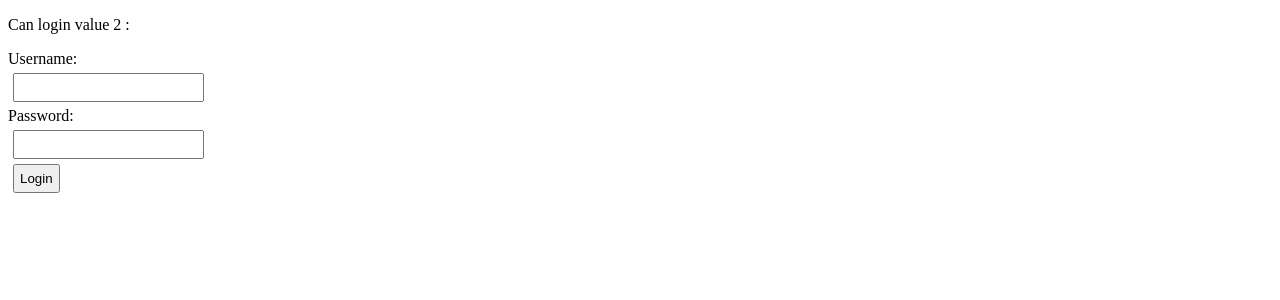
Repository: ajinzrathod/jsp-login
Page: http://localhost/login/
An editor plug-in stored every save of this project. The page is shown before and after the next save, followed by the edit.
The browser window is 1280 px wide. The pictures show the whole page.
The page is served by Tomcat 10. Other server files are loaded and not shown.

Above is the page before, as saved 2021-05-28 06:15:54.

### login/src/main/webapp/index.jsp
<%@ page language="java" contentType="text/html; charset=UTF-8"
	pageEncoding="UTF-8"%>
<%@ taglib uri="http://java.sun.com/jsp/jstl/core" prefix="c"%>
<!DOCTYPE html>
<html>
<head>
<meta charset="UTF-8">
<title>Insert title here</title>
<style>
.inp-field {
	display: block;
	padding: 5px;
	margin: 5px;
}
</style>
</head>
<body>

	<% if(session.getAttribute("can_login")==null) { %>
		<% if(Boolean.FALSE.equals(session.getAttribute("can_login"))) { %>
			<p>Can login value 1 : ${can_login}</p>
		<% } else { %>
			<p>Can login value 2 : ${can_login}</p>
		<% } %>
	<% } %>

	<c:choose>
		<c:when test="${param.username == null}">
			<div>
				<form action="login" method="post">
					Username: <input type="text" name="username" class="inp-field">
					Password: <input type="password" name="password" class="inp-field">
					<input type="submit" class="inp-field" value="Login">
				</form>
			</div>
		</c:when>
		<c:otherwise>
	   		Invalid ID Password
	   </c:otherwise>
	</c:choose>
</body>
</html>

After the next save:
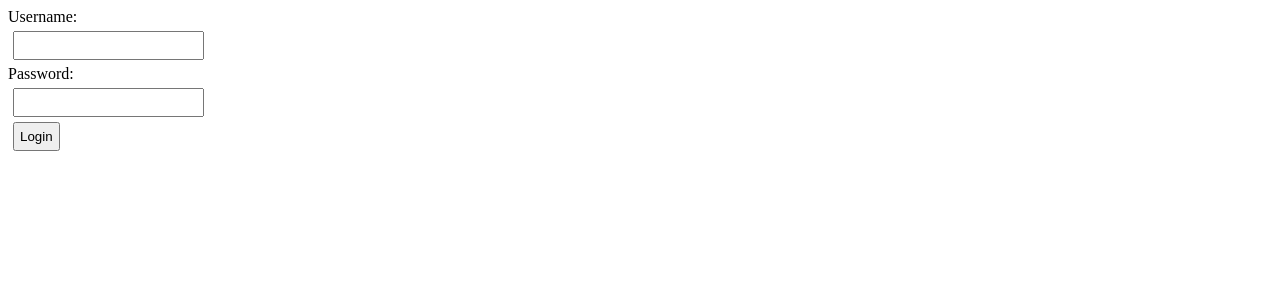
Saved 14 s later.
--- a/login/src/main/webapp/index.jsp
+++ b/login/src/main/webapp/index.jsp
@@ -16,7 +16,7 @@
 </head>
 <body>
 
-	<% if(session.getAttribute("can_login")==null) { %>
+	<% if(session.getAttribute("can_login")!=null) { %>
 		<% if(Boolean.FALSE.equals(session.getAttribute("can_login"))) { %>
 			<p>Can login value 1 : ${can_login}</p>
 		<% } else { %>
